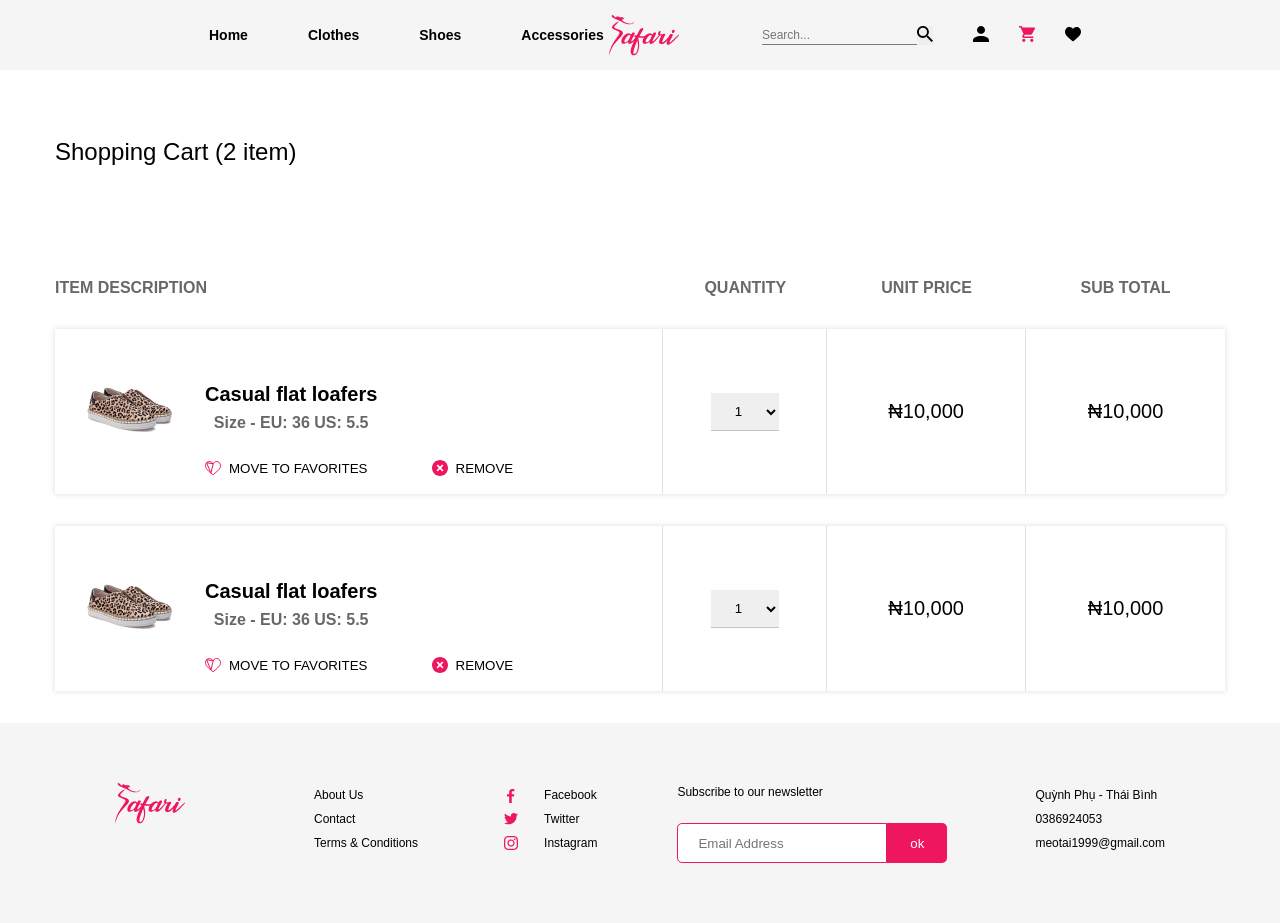
Repository: tboy1999/safari
Page: views/cart.html
The author's editor kept a copy of each file at every save. The page is drawn from the files as they stood at one save, then again after the next save.
The browser window is 1280 px wide. The pictures show the whole page.
Some web libraries are served in a nearby version. The style sheet was rebuilt from its Sass, Less or Tailwind sources for each picture, by a compiler version that may differ from the author's.

Above is the page before, as saved 2022-04-28 14:19:10.

After the next save:
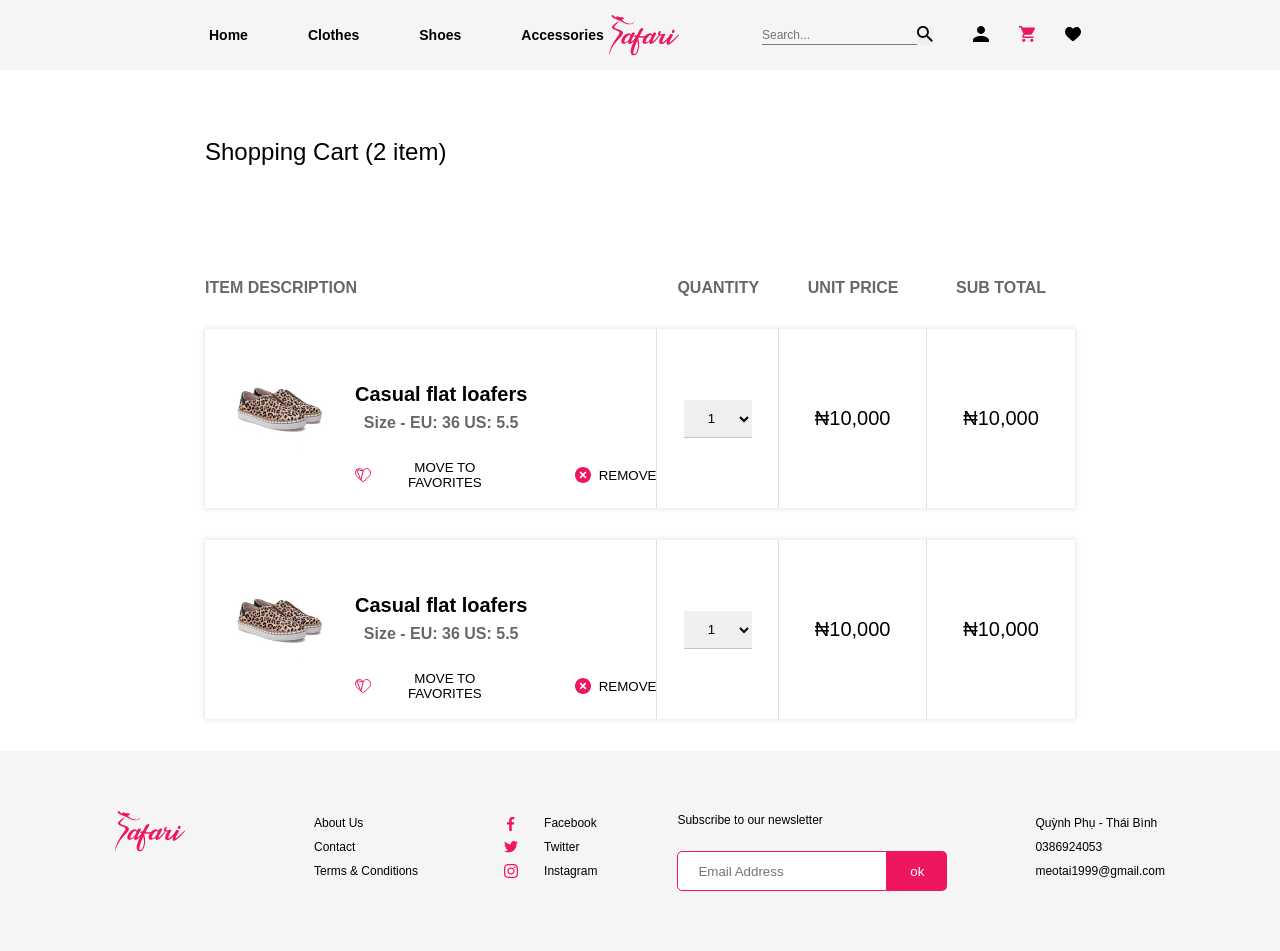
Saved 43 s later.
--- a/scss/cart.scss
+++ b/scss/cart.scss
@@ -7,6 +7,9 @@
 
 .cart {
   margin-top: 134px;
+  &__container {
+    margin:0 150px;
+  }
   &__heading {
     margin-bottom: 78px;
   }
